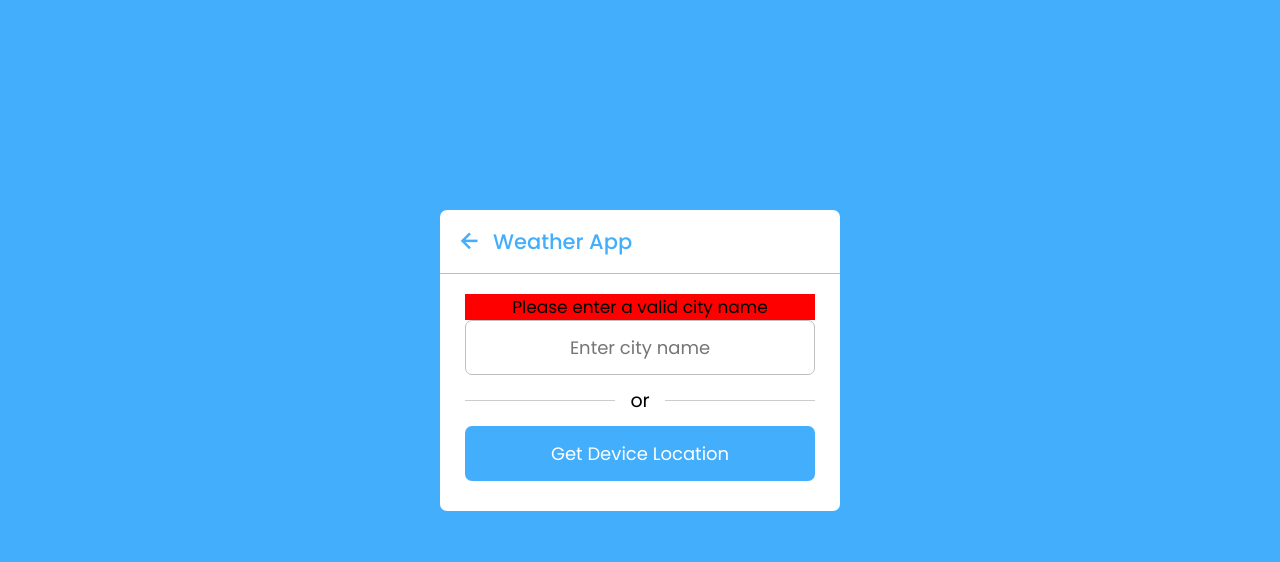
Repository: long13820/Weather-App-HTML-CSS-Javascript
Page: index.html
An editor plug-in stored every save of this project. The page is shown before and after a run of saves, followed by the edit.
The browser window is 1280 px wide. The pictures show the whole page.

Above is the page before, as saved 2021-09-02 01:10:19.

After the next 2 saves:
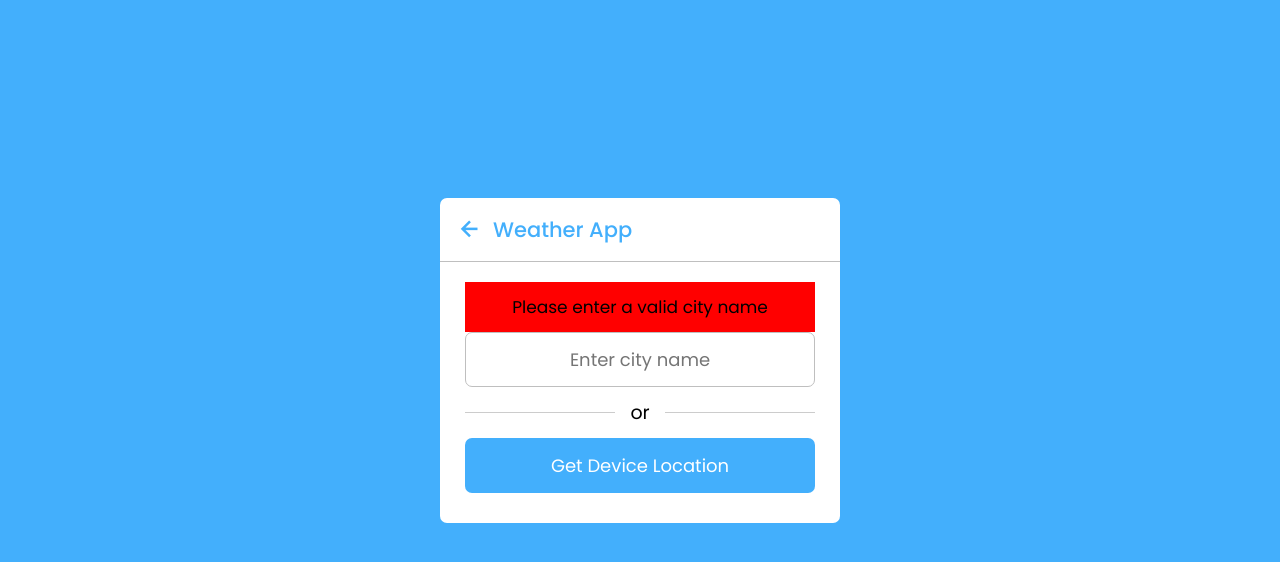
The 2 saves are shown as one change because they came seconds apart.
The last was saved 7 s later.
--- a/style.css
+++ b/style.css
@@ -40,6 +40,7 @@ header i{
     font-size: 17px;
     background: red;
     text-align: center;
+    padding: 12px 7px;
 
 }
 .input-part :where(input, button){
